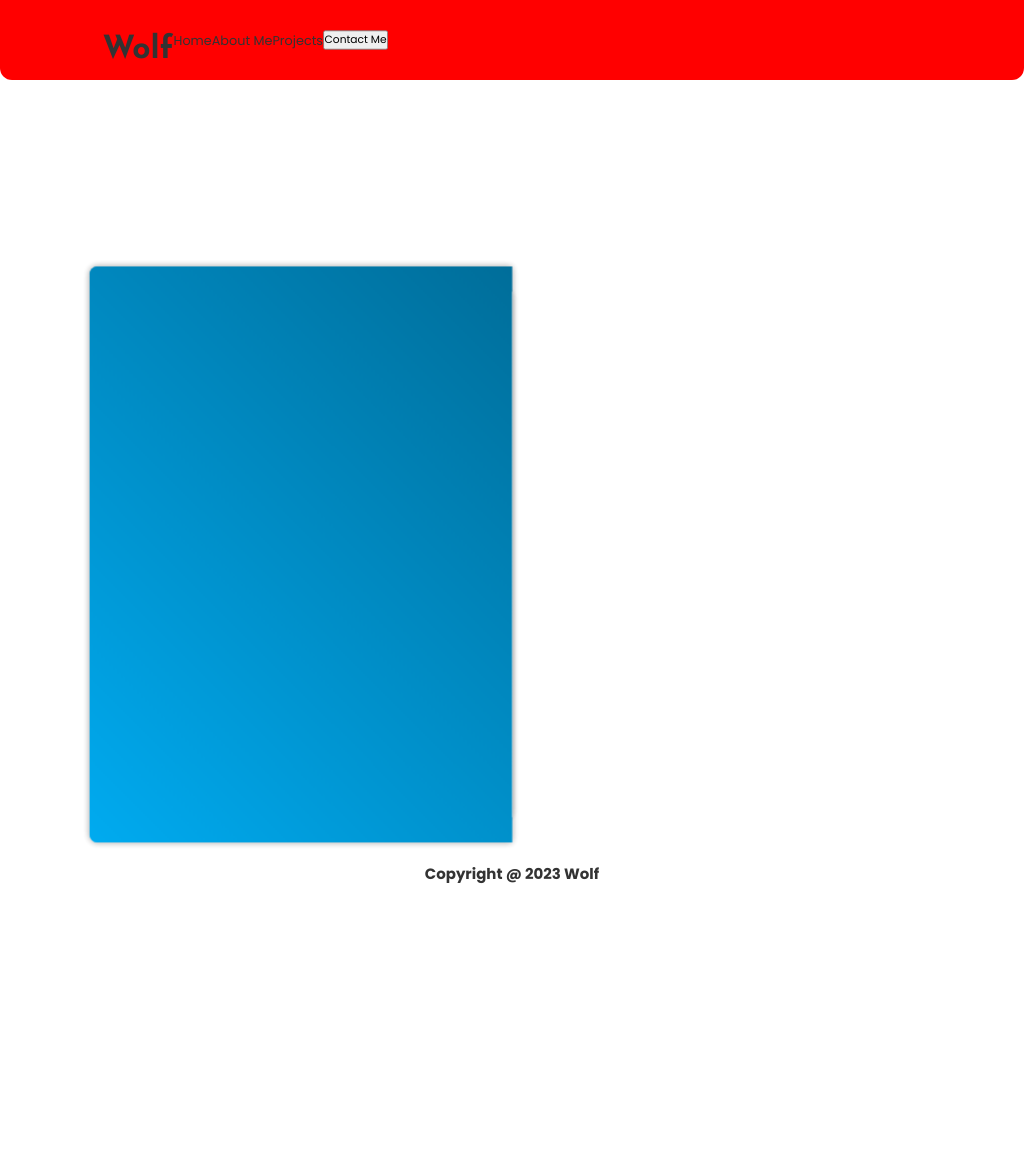
Repository: Ego-Wolf/Portfolio
Page: index.html
These files come from the project's save history. The page is drawn as it stood at one moment and after a run of saves; the edit follows.
The browser window is 1280 px wide. The pictures show the whole page, at 80% of full size.
Pictures or frames that could not be fetched are drawn as grey boxes.

Above is the page before, as saved 2023-12-14 16:13:59.

After the next 6 saves:
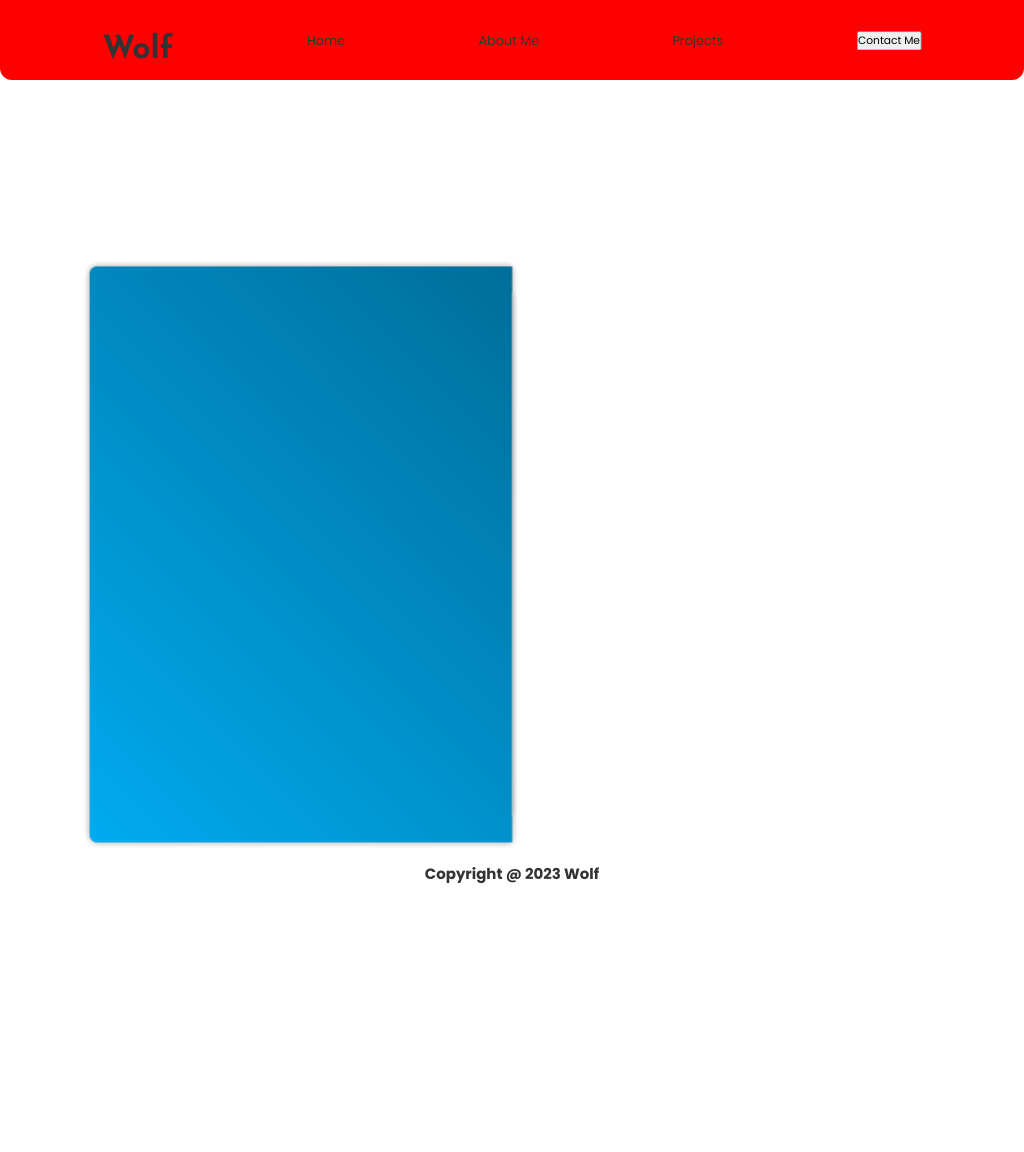
The 6 saves are shown as one change because they came seconds apart.
The last was saved 85 s later.
--- a/style.css
+++ b/style.css
@@ -56,23 +56,23 @@
     width: 80%;
     display: flex;
     margin: 0 auto;
-    /* justify-content: center; */
+    justify-content: space-between;
     align-items: center;
 }
 
 .header ul h3 {
     font-size: 40px;
     font-family: var(--font-family-logo);
-    display: flex;
-    justify-content: start;
-}
-
-
-.header ul li {
+    /* display: flex; */
+    /* justify-content: start; */
+}
+
+
+/* .header ul li {
     display: flex;
     justify-content: center;
     margin-right: 0px;
-}
+} */
 
 
 .wrapper {
